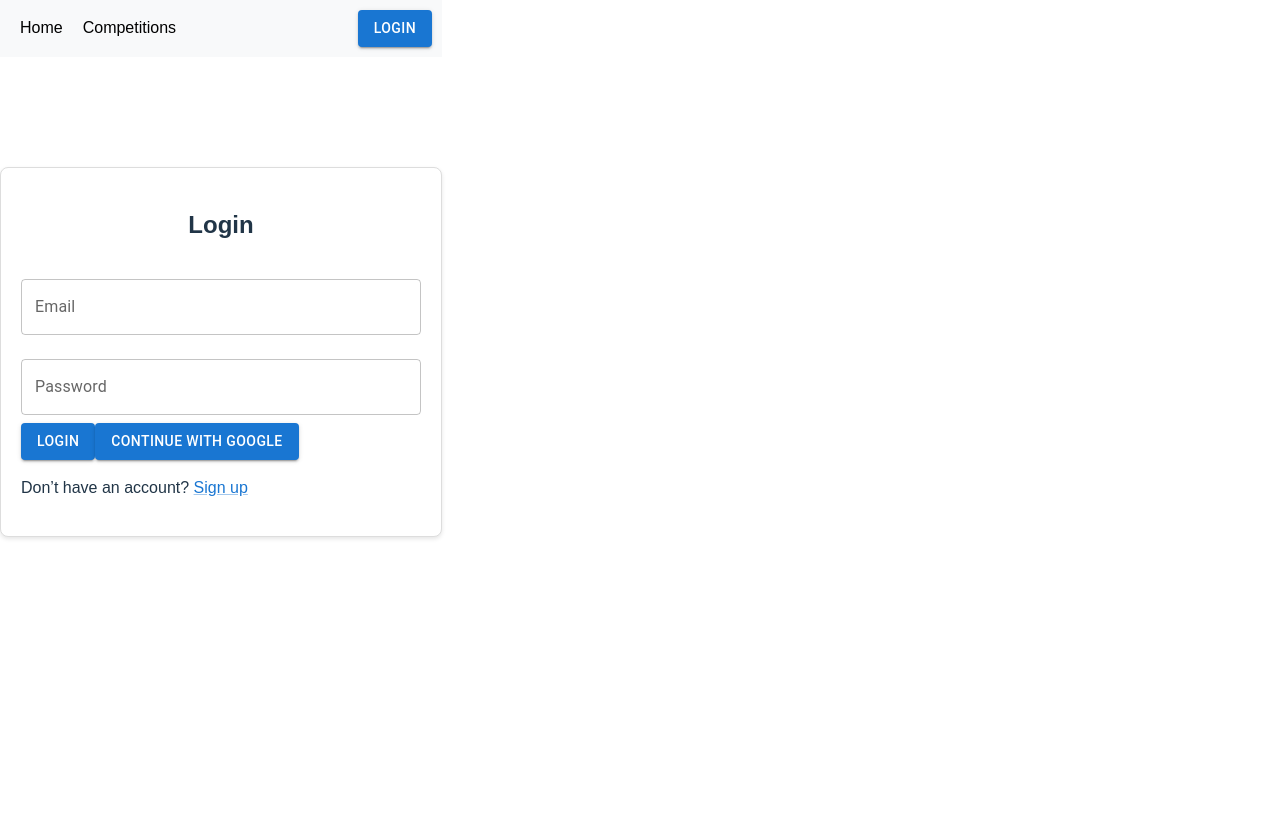
Repository: BWei22/wecube
Page: /complete-profile
The author's editor kept a copy of each file at every save. The page is drawn from the files as they stood at one save, then again after the next save.
The browser window is 1280 px wide. The pictures show the whole page.
The project was rebuilt for these pictures with package versions that can differ from the ones it lists, and the page was loaded fresh each time. Also part of the build but not shown: vite.config.js, src/pages/Home.css, src/pages/Home.jsx, src/pages/Competitions.css, src/pages/Competitions.jsx, src/pages/Listings.jsx, src/pages/CreateListing.jsx, src/pages/ListingDetails.css and 12 more.

Above is the page before, as saved 2024-08-07 12:27:42.

After the next save:
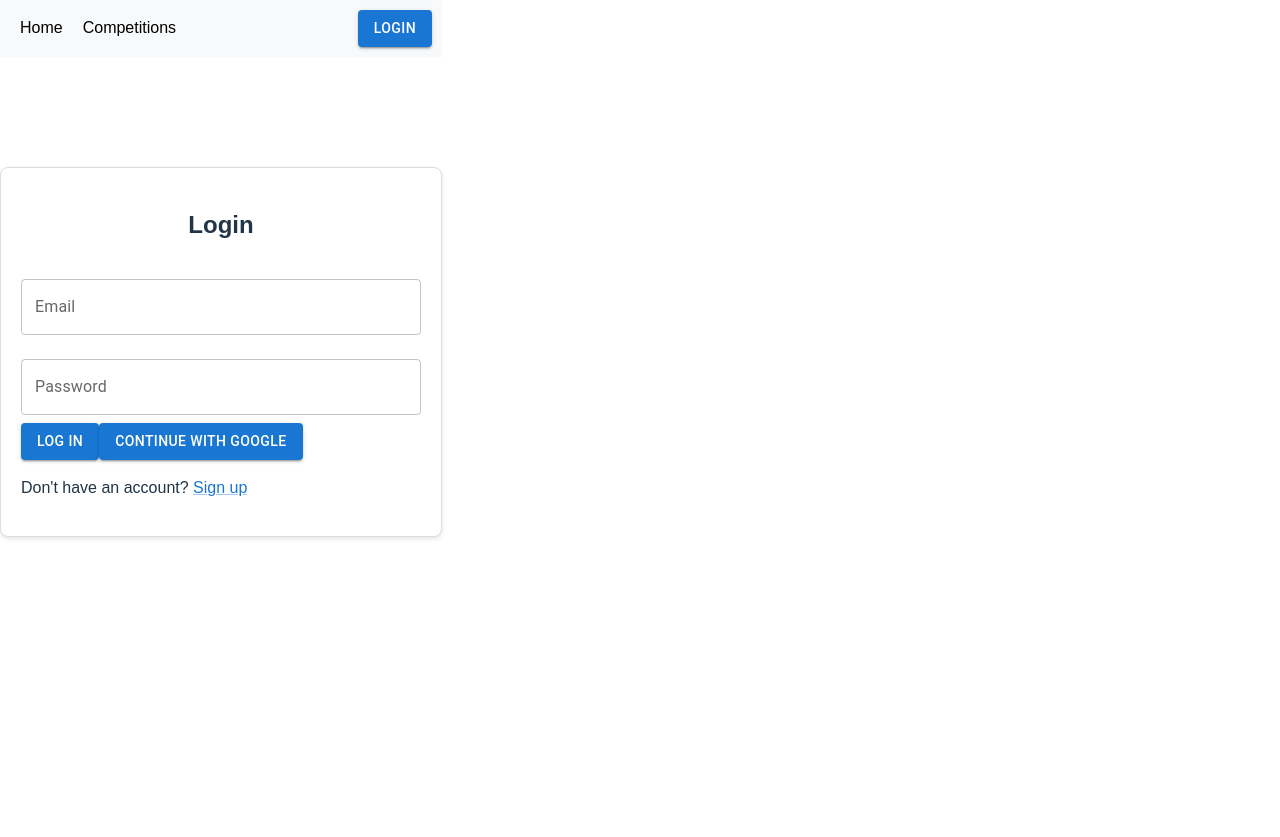
Saved 2 min 20 s later.
--- a/src/pages/Login.jsx
+++ b/src/pages/Login.jsx
@@ -14,7 +14,10 @@ const Login = () => {
 
   const handleGoogleLogin = async () => {
     try {
-      await auth.signinWithGoogle();
+      const user = await auth.signinWithGoogle();
+      if (user.isNewUser) {
+        navigate('/complete-profile', { state: { uid: user.uid } });
+      }
     } catch (error) {
       console.error('Login failed:', error);
       setError(error.message);
@@ -53,13 +56,13 @@ const Login = () => {
       />
       {error && <p className="error">{error}</p>}
       <Button onClick={handleEmailLogin} variant="contained" color="primary">
-        Login
+        Log In
       </Button>
       <Button onClick={handleGoogleLogin} variant="contained" color="primary">
         Continue with Google
       </Button>
       <p>
-        Don’t have an account? <Link onClick={() => navigate('/signup')}>Sign up</Link>
+        Don't have an account? <Link onClick={() => navigate('/signup')}>Sign up</Link>
       </p>
     </div>
   );
